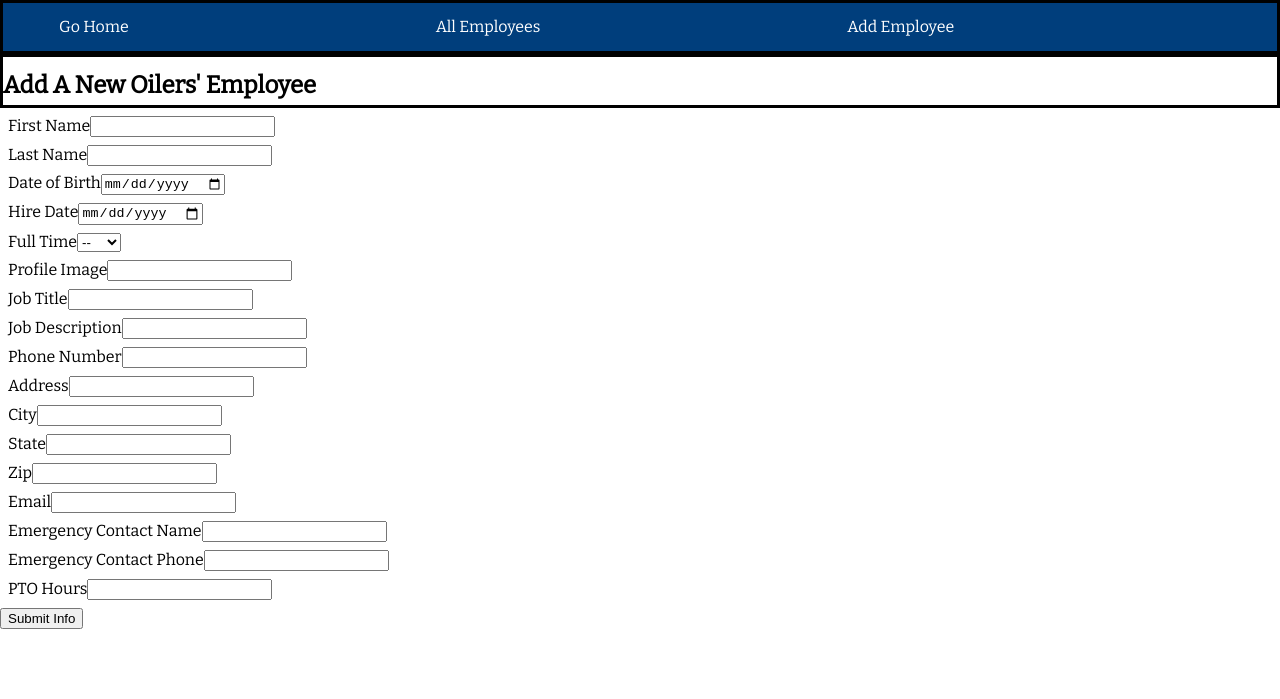
Repository: rh1456/employee-directory
Page: /2
These files come from the project's save history. The page is drawn as it stood at one moment and after the next save; the edit follows.
The browser window is 1280 px wide. The pictures show the whole page.
The project was rebuilt for these pictures with package versions that can differ from the ones it lists, and the page was loaded fresh each time. Also part of the build but not shown: src/pages/HomePage.jsx, src/pages/SingleEmployee.jsx, src/pages/AllEmployees.jsx.

Above is the page before, as saved 2019-12-08 18:56:09.

After the next save:
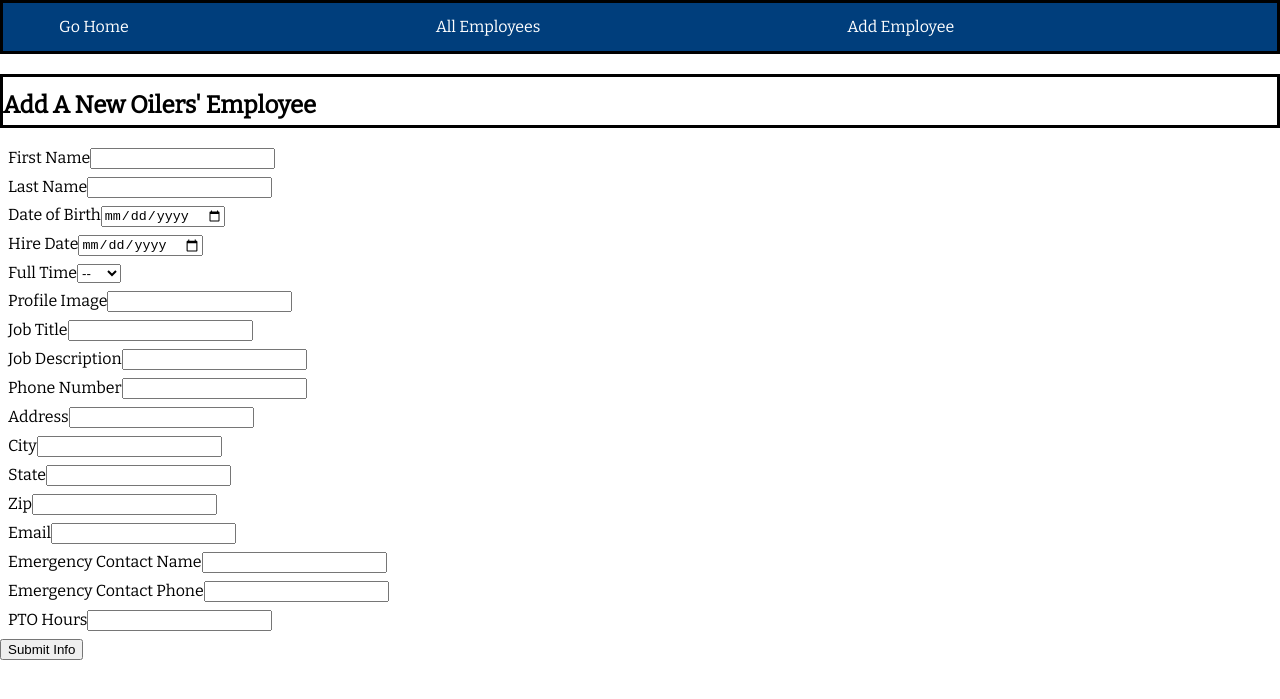
Saved 20 s later.
--- a/src/index.css
+++ b/src/index.css
@@ -63,7 +63,7 @@
   margin: 0.5rem;
 }
 .form-h2 {
-  margin: 0;
+  margin: 0, 0, 1rem, 0;
   border: solid black;
   padding-top: 1rem;
   height: 2rem;

After the 2 saves that followed:
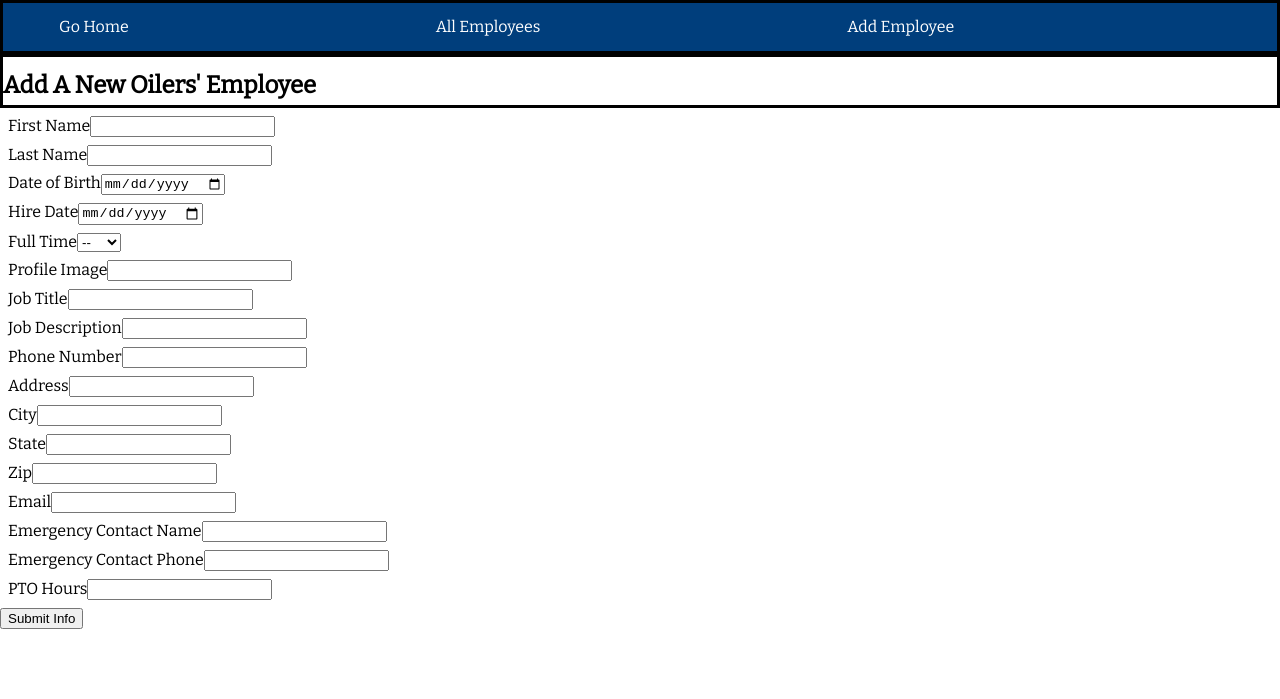
The 2 saves are shown as one change because they came seconds apart.
The last was saved 12 s later.
--- a/src/index.css
+++ b/src/index.css
@@ -63,7 +63,7 @@
   margin: 0.5rem;
 }
 .form-h2 {
-  margin: 0, 0, 1rem, 0;
+  margin: 0;
   border: solid black;
   padding-top: 1rem;
   height: 2rem;
